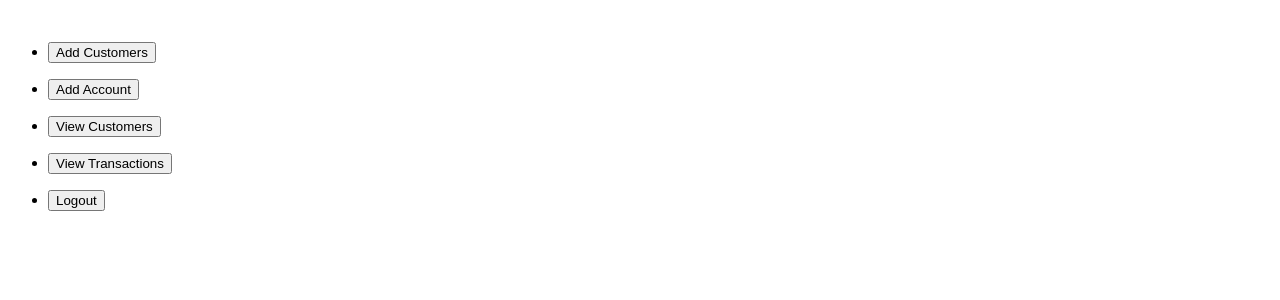
Repository: prathamsuhasia/swabhav-mini-project
Page: http://localhost/01-mini-project/CustomerNavbar.jsp
An editor plug-in stored every save of this project. The page is shown before and after the next save, followed by the edit.
The browser window is 1280 px wide. The pictures show the whole page.
The page is served by Tomcat 9. The session is filled in as if someone had signed in: {"username": "testuser", "admin": "admin", "customer": "customer", "customerID": 1, "firstName": "Test User", "lastName": "Test User", "createdAt": 1, "accountNumbers": 1}.

Above is the page before, as saved 2024-08-16 00:06:10.

After the next save:
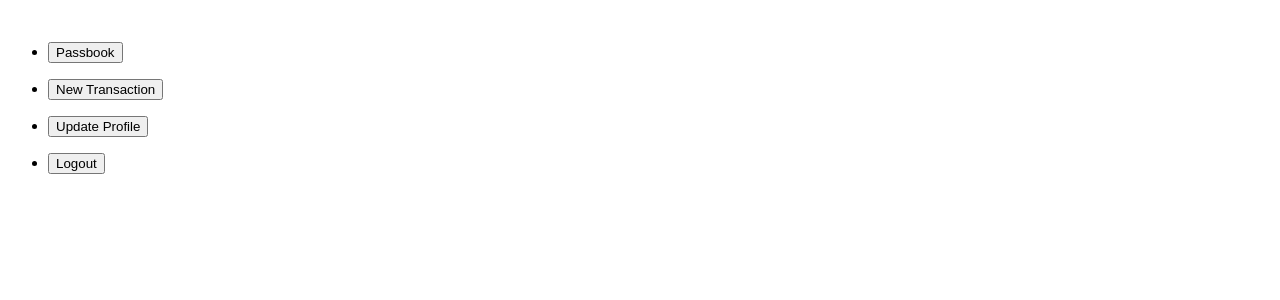
Saved 105 s later.
--- a/01-mini-project/WebContent/CustomerNavbar.jsp
+++ b/01-mini-project/WebContent/CustomerNavbar.jsp
@@ -17,25 +17,21 @@
         <div class="collapse navbar-collapse justify-content-end">
             <ul class="navbar-nav">
                 <li class="nav-item">
-                    <form action="AdminController" method="get" class="nav-item">
-                        <button type="submit" name="action" value="AddCustomers" class="btn btn-link">Add Customers</button>
+                    <form action="CustomerController" method="get" class="nav-item">
+                        <button type="submit" name="action" value="Passbook" class="btn btn-link">Passbook</button>
                     </form>
                 </li>
                 <li class="nav-item">
-                    <form action="AdminController" method="get" class="nav-item">
-                        <button type="submit" name="action" value="AddAccount" class="btn btn-link">Add Account</button>
+                    <form action="CustomerController" method="get" class="nav-item">
+                        <button type="submit" name="action" value="NewTransaction" class="btn btn-link">New Transaction</button>
                     </form>
                 </li>
                 <li class="nav-item">
-                    <form action="AdminController" method="get" class="nav-item">
-                        <button type="submit" name="action" value="ViewCustomers" class="btn btn-link">View Customers</button>
+                    <form action="CustomerController" method="get" class="nav-item">
+                        <button type="submit" name="action" value="Update Profile" class="btn btn-link">Update Profile</button>
                     </form>
                 </li>
-                <li class="nav-item">
-                    <form action="AdminController" method="get" class="nav-item">
-                        <button type="submit" name="action" value="ViewTransactions" class="btn btn-link">View Transactions</button>
-                    </form>
-                </li>
+
                 <li class="nav-item">
                     <form action="LogoutServlet">
                         <button type="submit" class="btn btn-danger" style="margin-right:12px;">Logout</button>
